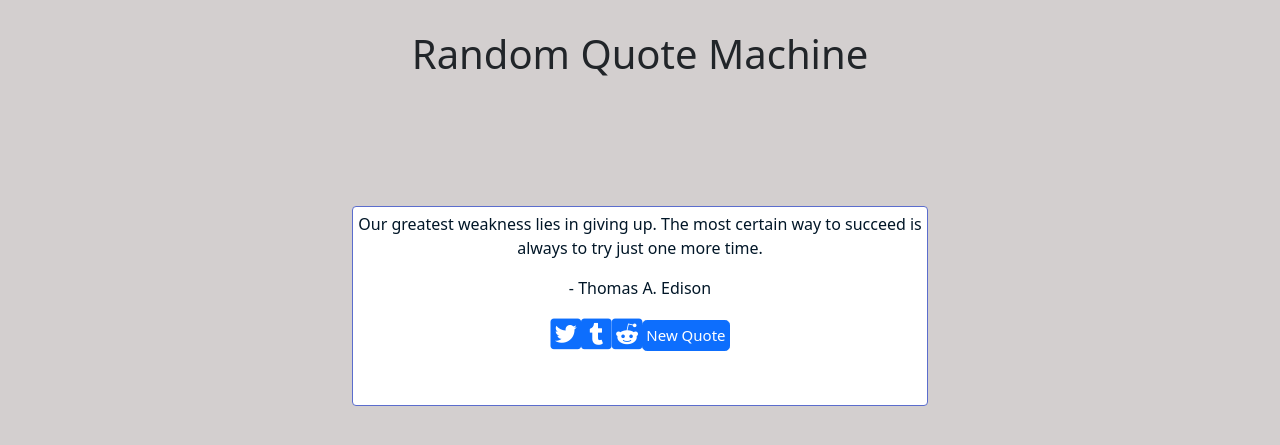
Repository: LuismGil/Random-quote-machine
Page: /
The author's editor kept a copy of each file at every save. The page is drawn from the files as they stood at one save, then again after the next save.
The browser window is 1280 px wide. The pictures show the whole page.
The project was rebuilt for these pictures with package versions that can differ from the ones it lists, and the page was loaded fresh each time.

Above is the page before, as saved 2021-01-27 10:13:12.

### public/index.html
<!DOCTYPE html>
<html lang="en">
  <head>
    <meta charset="utf-8" />
    <link rel="icon" href="%PUBLIC_URL%/favicon.ico" />
    <meta name="viewport" content="width=device-width, initial-scale=1" />
    <meta name="theme-color" content="#000000" />
    <meta
      name="description"
      content="Web site created using create-react-app"
    />
    <link rel="apple-touch-icon" href="%PUBLIC_URL%/logo192.png" />
    <!--
      manifest.json provides metadata used when your web app is installed on a
      user's mobile device or desktop. See https://developers.google.com/web/fundamentals/web-app-manifest/
    -->
    <link rel="manifest" href="%PUBLIC_URL%/manifest.json" />
    <!--
      Notice the use of %PUBLIC_URL% in the tags above.
      It will be replaced with the URL of the `public` folder during the build.
      Only files inside the `public` folder can be referenced from the HTML.

      Unlike "/favicon.ico" or "favicon.ico", "%PUBLIC_URL%/favicon.ico" will
      work correctly both with client-side routing and a non-root public URL.
      Learn how to configure a non-root public URL by running `npm run build`.
    -->
    <link
      href="https://cdn.jsdelivr.net/npm/bootstrap@5.0.0-beta1/dist/css/bootstrap.min.css"
      rel="stylesheet"
      integrity="sha384-giJF6kkoqNQ00vy+HMDP7azOuL0xtbfIcaT9wjKHr8RbDVddVHyTfAAsrekwKmP1"
      crossorigin="anonymous"
    />
    <link
      rel="stylesheet"
      href="https://cdnjs.cloudflare.com/ajax/libs/font-awesome/5.15.2/css/all.min.css"
      integrity="sha512-HK5fgLBL+xu6dm/Ii3z4xhlSUyZgTT9tuc/hSrtw6uzJOvgRr2a9jyxxT1ely+B+xFAmJKVSTbpM/CuL7qxO8w=="
      crossorigin="anonymous"
    />
    <title>Random Quote Machine</title>
  </head>
  <body>
    <noscript>You need to enable JavaScript to run this app.</noscript>
    <div id="root"></div>
    <!--
      This HTML file is a template.
      If you open it directly in the browser, you will see an empty page.

      You can add webfonts, meta tags, or analytics to this file.
      The build step will place the bundled scripts into the <body> tag.

      To begin the development, run `npm start` or `yarn start`.
      To create a production bundle, use `npm run build` or `yarn build`.
    -->
  </body>
</html>

### src/index.js
import React from 'react';
import ReactDOM from 'react-dom';
import './index.css';
//import App from './App';

const quotes = [
  {
    quote:
      'Our greatest weakness lies in giving up. The most certain way to succeed is always to try just one more time.',
    author: '- Thomas A. Edison',
  },
  {
    quote: 'You must expect great things of yourself before you can do them.',
    author: '- Michael Jordan',
  },
  {
    quote:
      'Obstacles are necessary for success because in selling, as in all careers of importance, victory comes only after many struggles and countless defeats.',
    author: '- Og Mandino',
  },
  {
    quote:
      'It is during our darkest moments that we must focus to see the light.',
    author: '- Aristotle Onassis',
  },
  {
    quote:
      'We can easily forgive a child who is afraid of the dark; the real tragedy of life is when men are afraid of the light.',
    author: '- Plato',
  },
  {
    quote: 'The only thing we have to fear is fear itself.',
    author: '- Franklin D. Roosevelt',
  },
  {
    quote:
      'Only put off until tomorrow what you are willing to die having left undone.',
    author: '- Pablo Picasso',
  },
  {
    quote:
      'The greater danger for most of us isn’t that our aim is too high and miss it, but that it is too low and we reach it.',
    author: '- Michelangelo',
  },
  {
    quote: 'A goal properly set is halfway reached.',
    author: '- Zig Ziglar',
  },
  {
    quote:
      'Our goals can only be reached through a vehicle of a plan, in which we must fervently believe, and upon which we must vigorously act. There is no other route to success.',
    author: '- Pablo Picasso',
  },
];

const colors = [
  '#011627',
  '#f3C677',
  '#2EC4B6',
  '#E71D36',
  '#5C80BC',
  '#CF1259',
  '#8B1E3F',
  '#DB4C4O',
  '#DDDBF1',
];

class QuoteBox extends React.Component {
  constructor(props) {
    super(props);
    // No llames this.setState() aquí!
    this.state = {
      quote: quotes[0].quote,
      author: quotes[0].author,
      color: colors[0],
    };
    this.handleClick = this.handleClick.bind(this);
  }

  handleClick = () => {
    let randomQuote = Math.floor(Math.random() * quotes.length);
    let newQuote = quotes[randomQuote];
    let randomColor = Math.floor(Math.random() * colors.length);
    let newColor = colors[randomColor];

    console.log('click aqui funciona?');
    this.setState({
      quote: newQuote.quote,
      author: newQuote.author,
      color: newColor,
    });
  };

  render() {
    return (
      <div id="quote-box">
        <h1>Random Quote Machine</h1>
        <div className="quote-card">
          <NewQuote quote={this.state} />
          {/* handlerClick={this.handleClick} quote={this.state} */}

          <div>
            <a id="tweet-quote" href="#">
              <i className="fab fa-twitter-square icon" />
            </a>
            <a href="#" role="button">
              <i className="fab fa-tumblr-square icon" />
            </a>
            <a href="#">
              <i className="fab fa-reddit-square icon" />
            </a>
            <button
              id="new-quote"
              type="submit"
              className="btn btn-primary btn-lg"
              onClick={this.handleClick}
            >
              New Quote
            </button>
          </div>
        </div>
      </div>
    );
  }
}

const NewQuote = props => {
  const { quote } = props;

  return (
    <div style={{ color: quote.color }}>
      <p>{quote.quote}</p>
      <p id="author">{quote.author} </p>
    </div>
  );
};

ReactDOM.render(<QuoteBox />, document.getElementById('root'));

### src/index.css
body {
  background-color: rgb(211, 207, 207);
}

h1 {
  margin-top: 30px;
  text-align: center;
}

.quote-card {
  height: 200px;
  display: flex;
  flex-direction: column;
  text-align: center;
  background-color: white;
  margin: 10% auto;
  box-sizing: border-box;
  width: 45%;
  border: solid #5b6dcd 1px;
  border-radius: 4px;
  padding: 5px;
}

i {
  font-size: 35px;
}

.icon {
}

#new-quote {
  font-size: 15px;
  padding: 3px;
  margin-bottom: 14px;
}

After the next save:
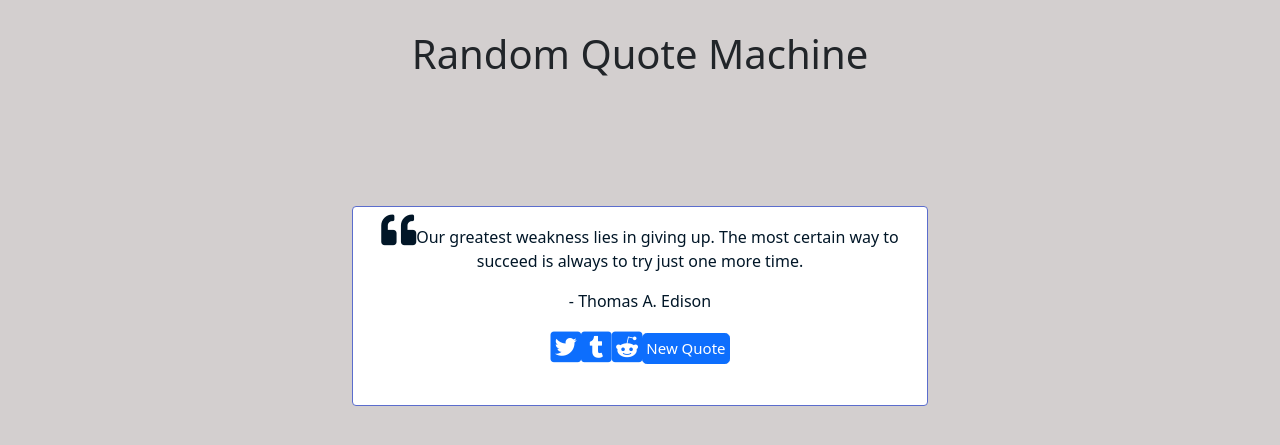
Saved 109 s later.
--- a/src/index.js
+++ b/src/index.js
@@ -129,7 +129,10 @@ const NewQuote = props => {
 
   return (
     <div style={{ color: quote.color }}>
-      <p>{quote.quote}</p>
+      <p>
+        <i class="fas fa-quote-left"></i>
+        {quote.quote}
+      </p>
       <p id="author">{quote.author} </p>
     </div>
   );
